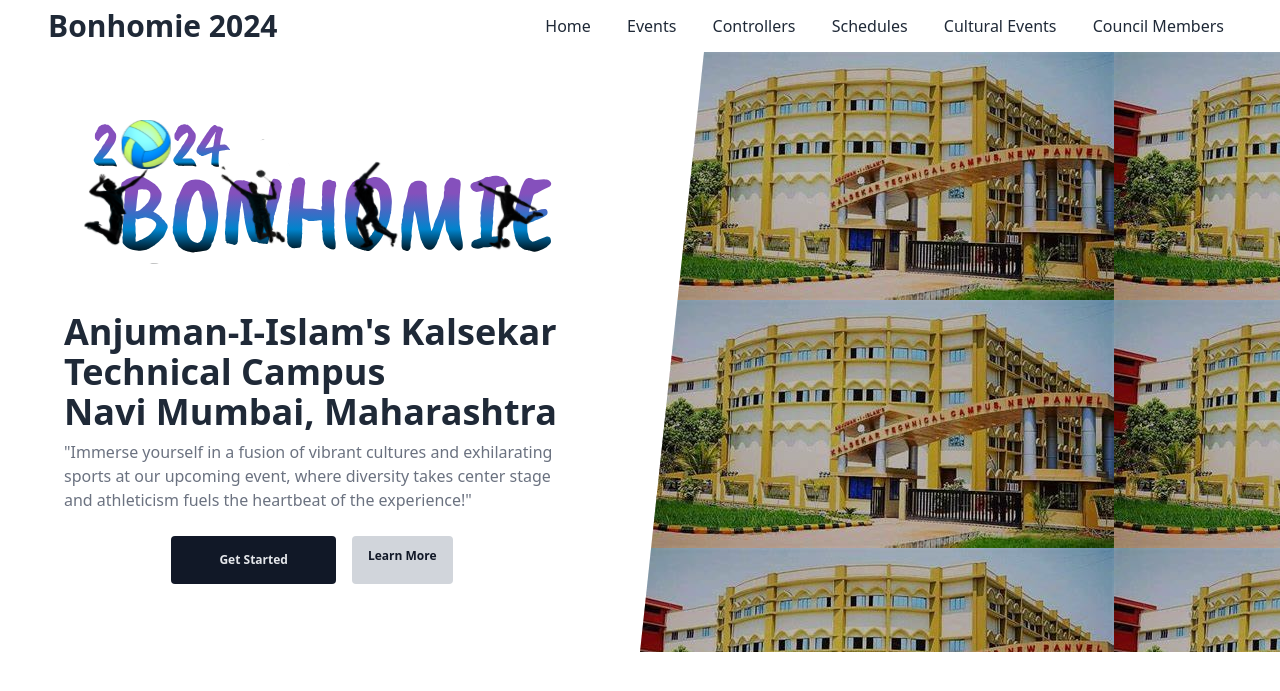
Repository: sshadulla22/Bonhomie2024
Page: Bonhomie 2024/index.html
An editor plug-in stored every save of this project. The page is shown before and after the next save, followed by the edit.
The browser window is 1280 px wide. The pictures show the whole page.
Some web libraries are served in a nearby version.

Above is the page before, as saved 2024-01-31 17:03:33.

### Bonhomie 2024/index.html
<!DOCTYPE html>
<html lang="en">
<head>
    <meta charset="UTF-8">
    <meta name="viewport" content="width=device-width, initial-scale=1.0">
    <script src="https://cdn.tailwindcss.com"></script>
    <title>Bonhomie 2024 </title>
</head>
<body>
    <!-- component -->
<div class="w-full">
    <nav class="bg-white shadow-lg">
        <div class="md:flex items-center justify-between py-2 px-8 md:px-12">
            <div class="flex justify-between items-center">
               <div class="text-2xl font-bold text-gray-800 md:text-3xl">
                    <a href="#">Bonhomie 2024</a>
               </div>
                <div class="md:hidden">
                    <button type="button" class="block text-gray-800 hover:text-gray-700 focus:text-gray-700 focus:outline-none">
                        <svg class="h-6 w-6 fill-current" viewBox="0 0 24 24">
                            <path class="hidden" d="M16.24 14.83a1 1 0 0 1-1.41 1.41L12 13.41l-2.83 2.83a1 1 0 0 1-1.41-1.41L10.59 12 7.76 9.17a1 1 0 0 1 1.41-1.41L12 10.59l2.83-2.83a1 1 0 0 1 1.41 1.41L13.41 12l2.83 2.83z"/>
                            <path d="M4 5h16a1 1 0 0 1 0 2H4a1 1 0 1 1 0-2zm0 6h16a1 1 0 0 1 0 2H4a1 1 0 0 1 0-2zm0 6h16a1 1 0 0 1 0 2H4a1 1 0 0 1 0-2z"/>
                        </svg>
                    </button>
                </div>
            </div>
            <div class="flex flex-col md:flex-row hidden md:block -mx-2">
                <a href="#" class="text-gray-800 rounded hover:bg-blue-500 hover:text-gray-100 hover:font-medium py-2 px-2 md:mx-2">Home</a>
                <a href="#" class="text-gray-800 rounded hover:bg-blue-500  hover:text-gray-100 hover:font-medium py-2 px-2 md:mx-2">Events</a>
                <a href="#" class="text-gray-800 rounded hover:bg-blue-500  hover:text-gray-100 hover:font-medium py-2 px-2 md:mx-2">Controllers</a>
                <a href="#" class="text-gray-800 rounded hover:bg-blue-500  hover:text-gray-100 hover:font-medium py-2 px-2 md:mx-2">Schedules</a>
                <a href="#" class="text-gray-800 rounded hover:bg-blue-500  hover:text-gray-100 hover:font-medium py-2 px-2 md:mx-2">Cultural Events</a>
                <a href="#" class="text-gray-800 rounded hover:bg-blue-500  hover:text-gray-100 hover:font-medium py-2 px-2 md:mx-2">Council Members</a>
            </div>
        </div>
    </nav>
    <div class="flex bg-white" style="height:600px;">
        <div class="flex items-center text-center lg:text-left px-8 md:px-12 lg:w-1/2">
            <div>
                <header class="flex-grow flex flex-col justify-center items-center px-4">
                    <h1 class="text-5xl font-bold text-white text-center mb-8"><img src="/images/Group 255 (1).svg" alt="Girl in a jacket" width="700px" height="1400px"></h1>
                <h2 class="text-3xl font-semibold text-gray-800 md:text-4xl">Anjuman-I-Islam's Kalsekar Technical Campus <br> Navi Mumbai, Maharashtra </h2>
                <p class="mt-2 text-2xl text-gray-500 md:text-base">"Immerse yourself in a fusion of vibrant cultures and exhilarating sports at our upcoming event, where diversity takes center stage and athleticism fuels the heartbeat of the experience!"</p>
                <div class="flex justify-center lg:justify-start mt-6">
                    <a class="px-12 py-4 bg-gray-900 text-gray-200 text-xs font-semibold rounded hover:bg-gray-800" href="#">Get Started</a>
                    <a class="mx-4 px-4 py-3 bg-gray-300 text-gray-900 text-xs font-semibold rounded hover:bg-gray-400" href="#">Learn More</a>
                </div>
            </div>
        </div>
        <div class="hidden lg:block lg:w-1/2" style="clip-path:polygon(10% 0, 100% 0%, 100% 100%, 0 100%)">
            <div class="h-full object-cover" style="background-image: url(./images/OIP.jpeg)">
                <div class="h-full bg-black opacity-25"></div>
            </div>
        </div>
    </div>
</div>
    </body>
    </html>

After the next save:
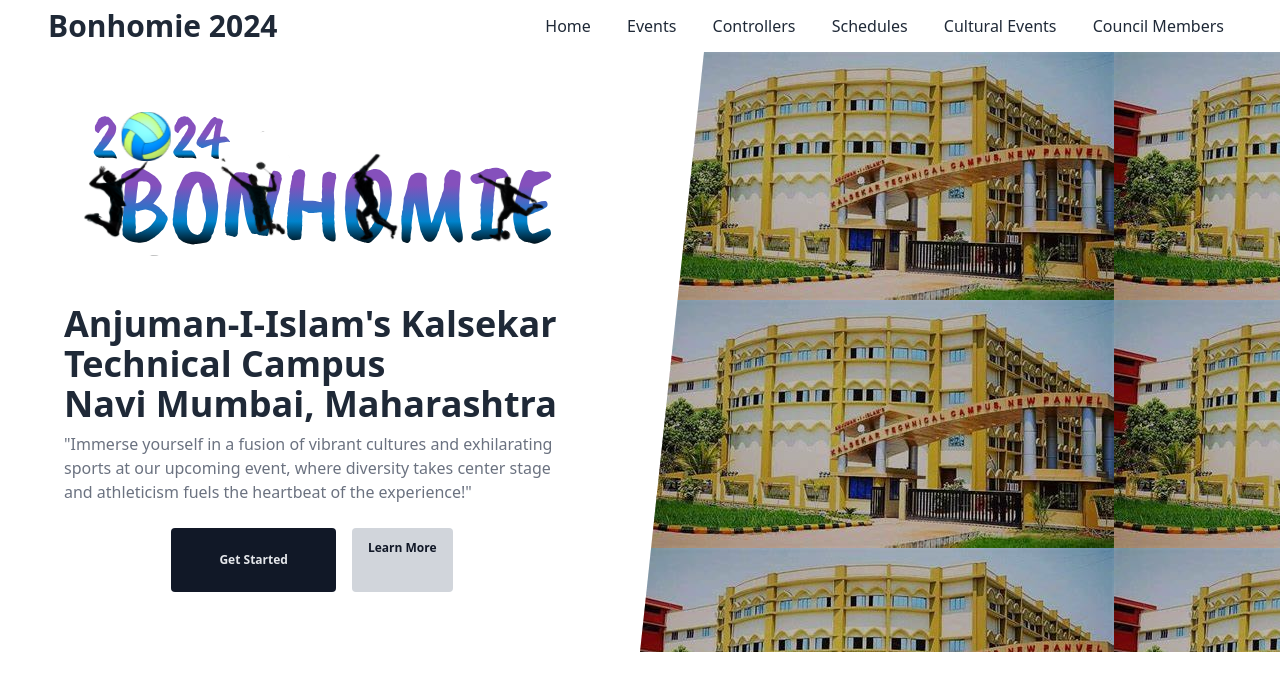
Saved 7 s later.
--- a/Bonhomie 2024/index.html
+++ b/Bonhomie 2024/index.html
@@ -42,7 +42,7 @@
                 <h2 class="text-3xl font-semibold text-gray-800 md:text-4xl">Anjuman-I-Islam's Kalsekar Technical Campus <br> Navi Mumbai, Maharashtra </h2>
                 <p class="mt-2 text-2xl text-gray-500 md:text-base">"Immerse yourself in a fusion of vibrant cultures and exhilarating sports at our upcoming event, where diversity takes center stage and athleticism fuels the heartbeat of the experience!"</p>
                 <div class="flex justify-center lg:justify-start mt-6">
-                    <a class="px-12 py-4 bg-gray-900 text-gray-200 text-xs font-semibold rounded hover:bg-gray-800" href="#">Get Started</a>
+                    <a class="px-12 py-6 bg-gray-900 text-gray-200 text-xs font-semibold rounded hover:bg-gray-800" href="#">Get Started</a>
                     <a class="mx-4 px-4 py-3 bg-gray-300 text-gray-900 text-xs font-semibold rounded hover:bg-gray-400" href="#">Learn More</a>
                 </div>
             </div>
